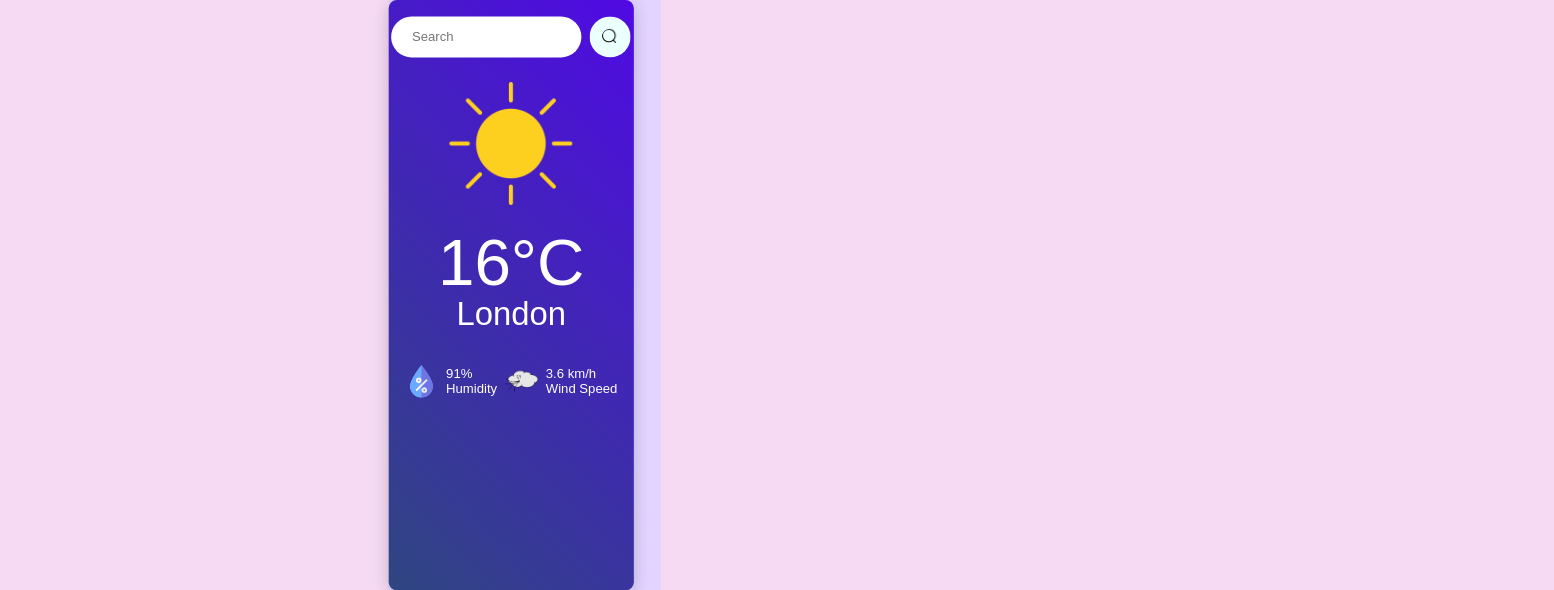
Repository: wakoya-tech/wheather-app
Page: /
These files come from the project's save history. The page is drawn as it stood at one moment and after the next save; the edit follows.
The browser window is 1280 px wide. The page is 1280 px wide, then 1895 px, so the pictures cover 1895 px, including what lies to the right of the window. The pictures show the whole page, at 82% of full size.
The project was rebuilt for these pictures with package versions that can differ from the ones it lists, and the page was loaded fresh each time. Also part of the build but not shown: vite.config.js, src/App.css.

Above is the page before, as saved 2025-10-18 21:38:02.

### index.html
<!DOCTYPE html>
<html lang="en">
  <head>
    <meta charset="UTF-8" />
    <link rel="icon" type="image/svg+xml" href="/vite.svg" />
    <meta name="viewport" content="width=device-width, initial-scale=1.0" />
    <title>Weather App - wakoCode</title>
  </head>
  <body>
    <div id="root"></div>
    <script type="module" src="/src/main.jsx"></script>
  </body>
</html>

### src/App.jsx
import { useState } from 'react'
import Weather from './Components/Weather'

import './App.css'

function App() {
 return(
 <div className='App'>

<Weather/>

 </div>

 )

}

export default App

### src/index.css

*{
    margin: 0;
    padding: 0;
    box-sizing: border-box;
    font-family: "poppins",sans-serif;
}
.App {
    min-height: 100vh;
    display: grid;
    background: #e2d4ff;
}

### src/Components/Weather.jsx
import React from 'react';
import './Weather.css';
import search_icon from '../assets/Search.png';
import clear from '../assets/Clear.png';
import wind from '../assets/Wind.png';
import humidity from '../assets/Humidity.png';

function Weather() {
  return (
    <div className='weather'>
      <div className="search-bar">
        <input type="text" placeholder='Search' />
        <img src={search_icon} alt="Search" />
      </div>

      <img src={clear} alt="Weather Icon" className='weather-icon' />
      <p className='temperature'>16°C</p>
      <p className='location'>London</p>

      <div className="weather-data">
        <div className="col">
          <img src={humidity} alt="Humidity" />
          <div>
            <p>91%</p>
            <span>Humidity</span>
          </div>
        </div>

        <div className="col">
          <img src={wind} alt="Wind Speed" />
          <div>
            <p>3.6 km/h</p>
            <span>Wind Speed</span>
          </div>
        </div>
      </div>
    </div>
  );
}

export default Weather;

### src/Components/Weather.css
/* App.css or Weather.css */

/* 🌍 Center the entire app on screen */
body {
    margin: 0;
    height: 100vh;
    display: flex;
    justify-content: center;
    align-items: center;
    background: #f6daf4;
  }

  /* 🌤️ Weather container */
  .weather {
    width: 90%;
    max-width: 400px;
    padding: 20px;
    border-radius: 10px;
    background-image: linear-gradient(45deg, #2f4680, #500ae4);
    display: flex;
    flex-direction: column;
    align-items: center;

  box-shadow: 0 4px 20px rgba(0, 0, 0, 0.2);


  }

  /* 🔍 Search bar */
  .search-bar {
    display: flex;
    text-align: center;
    align-items: center;
    gap: 10px;
  }

  .search-bar input {
    height: 50px;
    font-size: 16px;
    border-radius: 40px;
    padding-left: 25px;
    border: none;
    outline: none;
    color: #626262;

  }

  .search-bar img {
    width: 50px;
    padding: 15px;
    border-radius: 50%;
    background: #ebfffc;
    cursor: pointer;
    transition: 0.2s ease;
  }

  .search-bar img:hover {
    background: #d6f5f2;
    transform: scale(1.05);
  }

  /* 🌦️ Weather display */
  .weather-icon {
    width: 150px;
    margin: 30px 0;
  }

  .temperature {
    color: #fff;
    font-size: 80px;
    line-height: 1;
  }

  .location {
    color: #fff;
    font-size: 40px;
  }

  /* 💧 Wind & humidity data section */
  .weather-data {
    width: 100%;
    margin-top: 40px;
    color: #fff;
    display: flex;
    justify-content: space-between;
  }

  .col {
    display: flex;
    align-items: center;
    gap: 10px;
  }

  .col img {
    width: 40px;
  }

Loaded but not shown: src/main.jsx (common file)

After the next save:
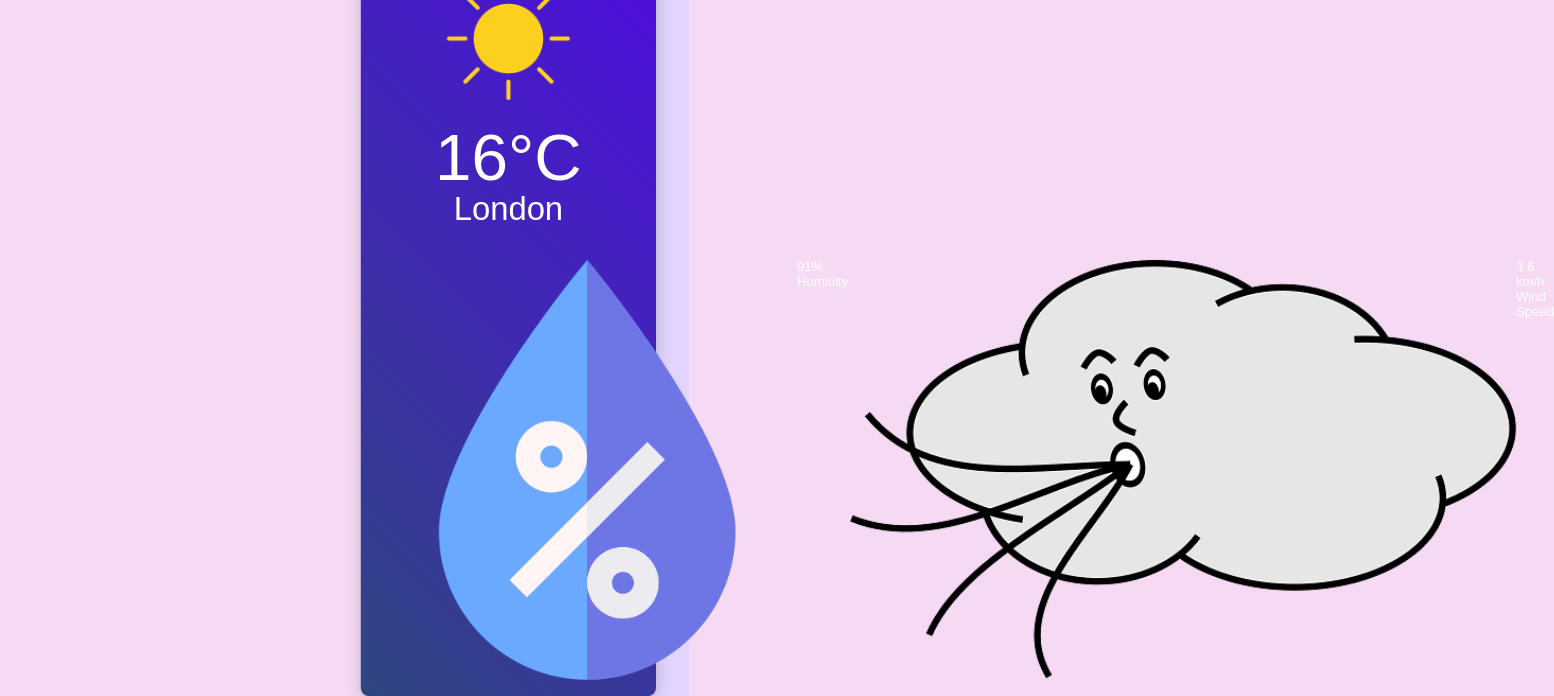
Saved 111 s later.
--- a/src/Components/Weather.css
+++ b/src/Components/Weather.css
@@ -84,13 +84,6 @@ body {
     display: flex;
     justify-content: space-between;
   }
-
-  .col {
+  .weather-data .col{
     display: flex;
-    align-items: center;
-    gap: 10px;
   }
-
-  .col img {
-    width: 40px;
-  }
